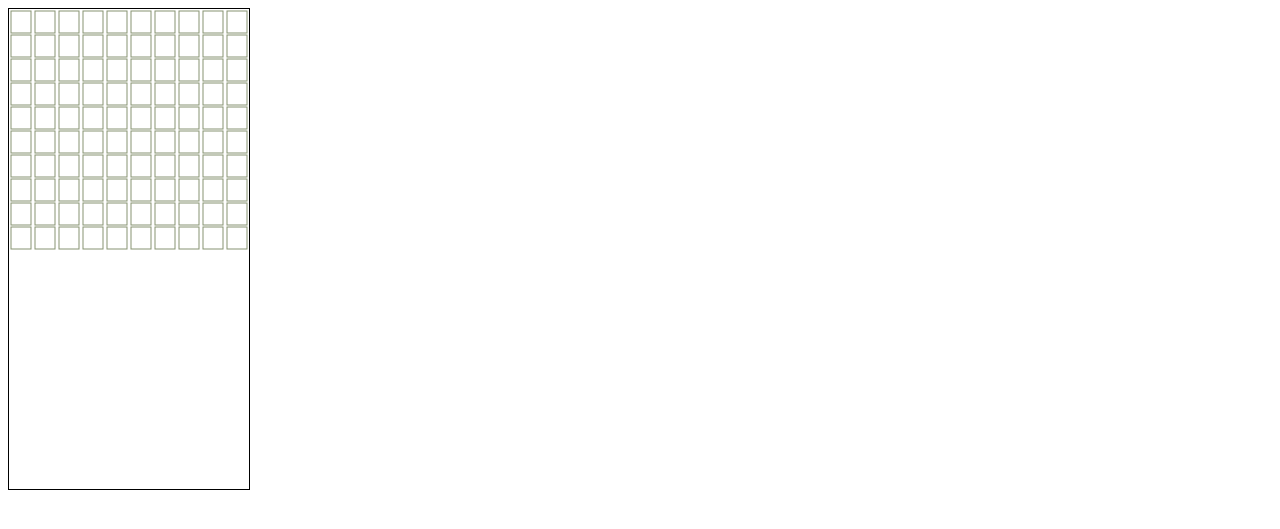
Repository: yzarc204/tetris-web
Page: index.html
These files come from the project's save history. The page is drawn as it stood at one moment and after the next save; the edit follows.
The browser window is 1280 px wide. The pictures show the whole page.

Above is the page before, as saved 2021-09-20 18:32:28.

### index.html
<!DOCTYPE html>
<html lang="en">
<head>
    <meta charset="UTF-8">
    <meta http-equiv="X-UA-Compatible" content="IE=edge">
    <meta name="viewport" content="width=device-width, initial-scale=1.0">
    <title>Tetris</title>
    <style>
        canvas {
            border: 1px solid #000;
        }
    </style>
</head>
<body>
    <script src="js/const.js"></script>
    <script src="js/board.js"></script>
    <script src="js/pixel.js"></script>
    <script src="js/brick.js"></script>
    <script src="js/game.js"></script>
</body>
</html>

### js/const.js
const PIXEL_SIZE = 24;
const PIXEL_COLOR = '#000000';
const PIXEL_BG_COLOR = '#879372';

const B = true;
const _ = false;

const ROW = 20;
const COL = 10;

const GAME_WIDTH = PIXEL_SIZE * COL;
const GAME_HEIGHT = PIXEL_SIZE * ROW;
const GAME_BG_COLOR = '#9EAD86';

### js/board.js
class Board
{
    constructor(tetris) {
        this.tetris = tetris;
        this.map = [];
        this.row = ROW;
        this.col = COL;
        this.init();
    }

    init() {
        for (let row = 0; row < this.row; row++) {
            let rowData = [];
            for (let col = 0; col < this.col; col++) {
                rowData.push(_);
            }
            this.map.push(rowData);
        }
    }

    draw() {
        for (let row = 0; row < this.row; row++) {
            for (let col = 0; col < this.col; col++) {
                if (this.map[row][col] == _)
                    new Pixel(this.tetris, row, col, PIXEL_BG_COLOR).draw();
            }
        }
    }
};

### js/pixel.js
class Pixel
{
    constructor(tetris, row, col, color) {
        this.tetris = tetris;
        this.row = row;
        this.col = col;
        this.color = color;
        this.size = PIXEL_SIZE;
    }

    draw() {
        const x = this.row * this.size;
        const y = this.col * this.size;
        this.tetris.ctx.fillStyle = this.color;
        this.tetris.ctx.strokeStyle = this.color;
        this.tetris.ctx.lineWidth = 1;
        this.tetris.ctx.strokeRect(x+2, y+2, this.size-4, this.size-2);
    }
};

### js/game.js
class Tetris {
    constructor() {
        this.cvs = null;
        this.ctx = null;
        this.board = null;
        this.brick = null;
        this.score = 0;
        this.init();
        this.startGame();
    }

    init() {
        // Create canvas
        this.cvs = document.createElement('canvas');
        this.cvs.width = GAME_WIDTH;
        this.cvs.height = GAME_HEIGHT;
        document.body.appendChild(this.cvs);

        this.ctx = this.cvs.getContext('2d');
    }

    startGame() {
        this.board = new Board(this);
        this.board.draw();
        console.log('draw');

    }

    clrscr() {

    }

    loop() {

    }

    update() {

    }

    draw() {

    }
};

const tetris = new Tetris();

Loaded but not shown: js/brick.js (no copy from this time; the picture is the same without it)

After the next save:
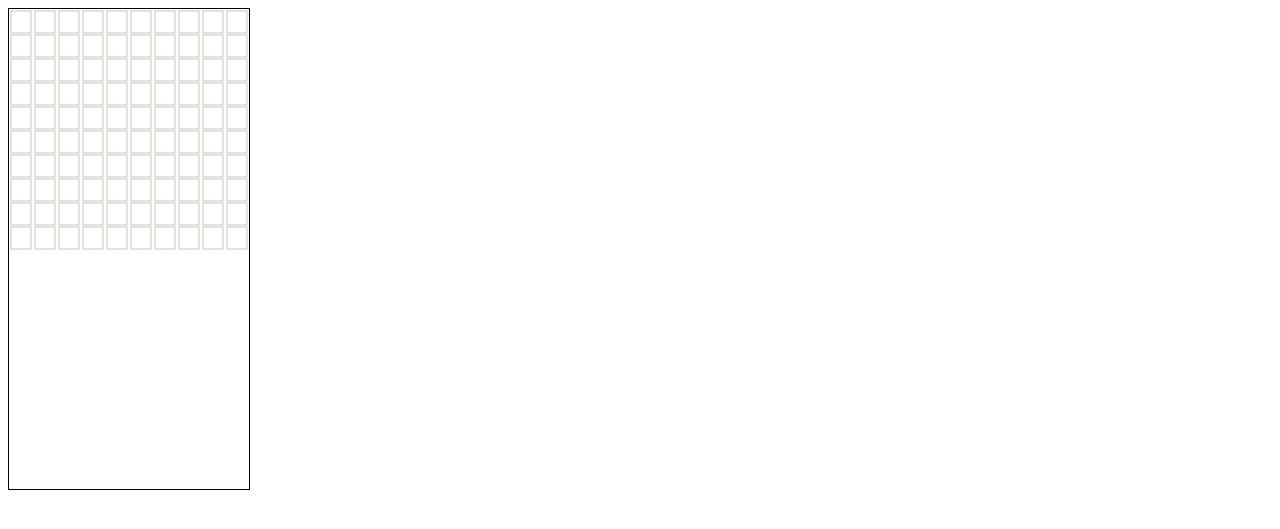
Saved 24 s later.
--- a/js/pixel.js
+++ b/js/pixel.js
@@ -13,7 +13,7 @@ class Pixel
         const y = this.col * this.size;
         this.tetris.ctx.fillStyle = this.color;
         this.tetris.ctx.strokeStyle = this.color;
-        this.tetris.ctx.lineWidth = 1;
+        this.tetris.ctx.lineWidth = 0.5;
         this.tetris.ctx.strokeRect(x+2, y+2, this.size-4, this.size-2);
     }
 };
